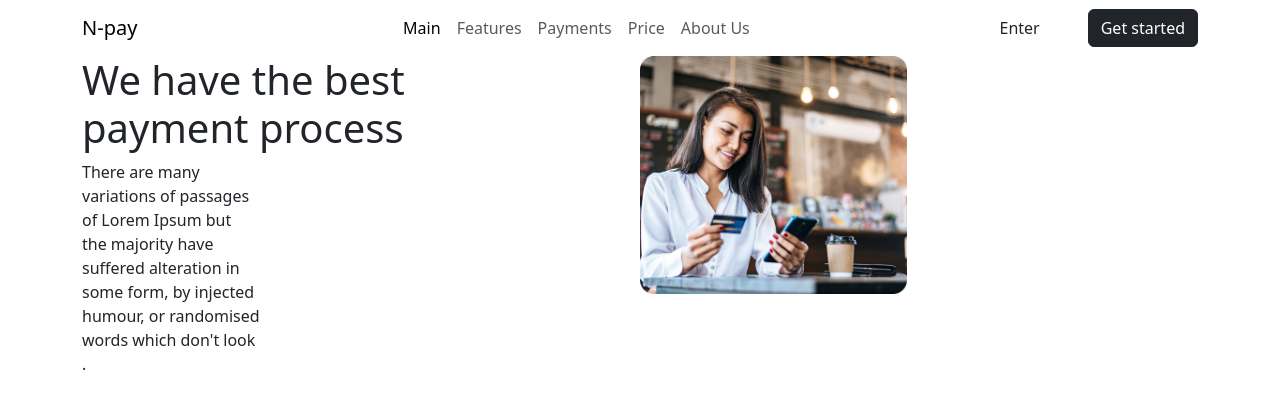
Repository: Senianga/N-pay
Page: index.html
An editor plug-in stored every save of this project. The page is shown before and after the next save, followed by the edit.
The browser window is 1280 px wide. The pictures show the whole page.
The style sheet was rebuilt from its Sass, Less or Tailwind sources for each picture, by a compiler version that may differ from the author's.

Above is the page before, as saved 2023-05-01 15:12:04.

After the next save:
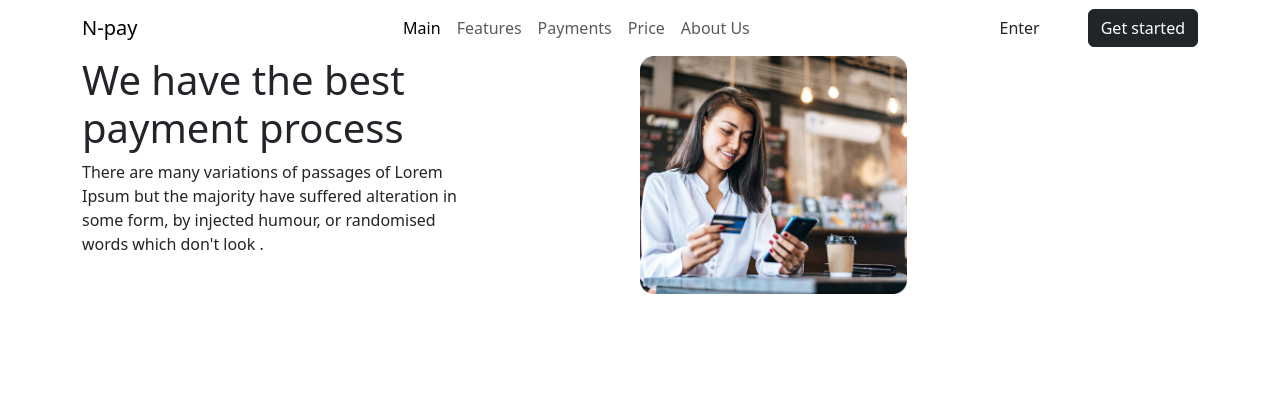
Saved 10 s later.
--- a/index.html
+++ b/index.html
@@ -53,7 +53,7 @@
                             We have the best
                             payment process
                         </h1>
-                        <p class="col-4">
+                        <p class="col-9">
                             There are many variations of passages of Lorem Ipsum
                             but the majority have suffered alteration in some form, by injected humour, or randomised words which don't look .
                         </p>
